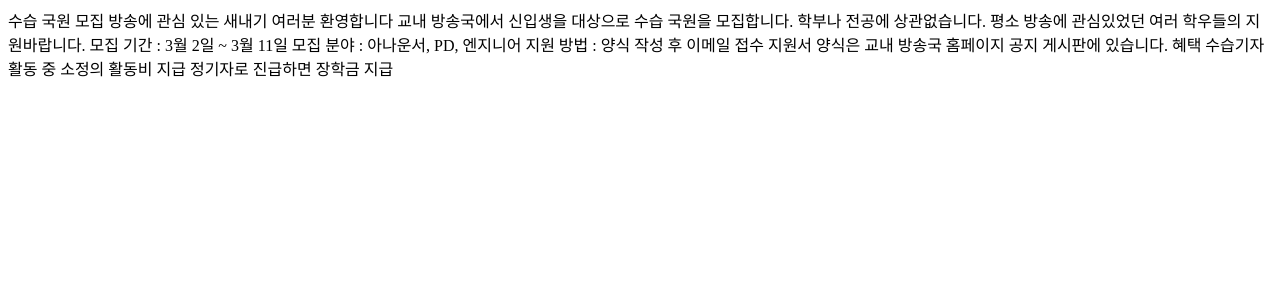
Repository: angelSuho/KCC_Learning_Repo
Page: Html/WebContent/mission.html
These files come from the project's save history. The page is drawn as it stood at one moment and after the next save; the edit follows.
The browser window is 1280 px wide. The pictures show the whole page.

Above is the page before, as saved 2024-07-08 05:01:33.

### Html/WebContent/mission.html
<!DOCTYPE html>
<html>
<head>
<meta charset="UTF-8">
<title>Insert title here</title>
</head>
<body>


수습 국원 모집
방송에 관심 있는 새내기 여러분 환영합니다
교내 방송국에서 신입생을 대상으로 수습 국원을 모집합니다. 학부나 전공에 상관없습니다.
평소 방송에 관심있었던 여러 학우들의 지원바랍니다.

모집 기간 : 3월 2일 ~ 3월 11일
모집 분야 : 아나운서, PD, 엔지니어
지원 방법 : 양식 작성 후 이메일 접수
지원서 양식은 교내 방송국 홈페이지 공지 게시판에 있습니다.

혜택
수습기자 활동 중 소정의 활동비 지급
정기자로 진급하면 장학금 지급
</body>
</html>

After the next save:
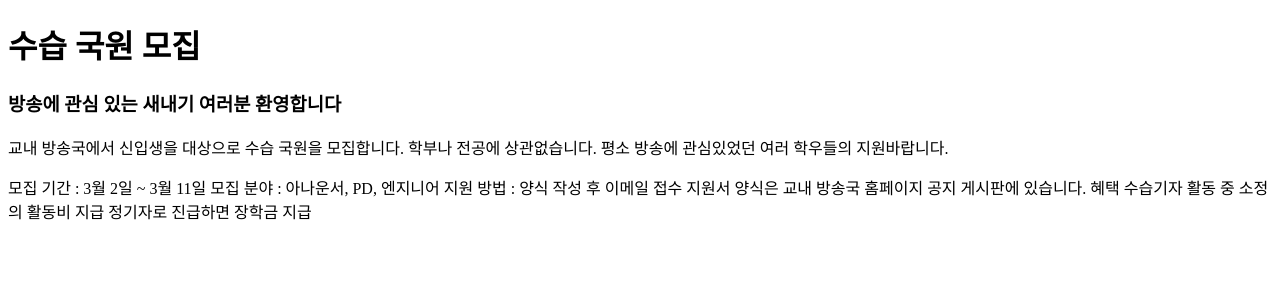
Saved 59 s later.
--- a/Html/WebContent/mission.html
+++ b/Html/WebContent/mission.html
@@ -5,12 +5,12 @@
 <title>Insert title here</title>
 </head>
 <body>
-
-
-수습 국원 모집
-방송에 관심 있는 새내기 여러분 환영합니다
+<h1>수습 국원 모집</h1>
+<h3>방송에 관심 있는 새내기 여러분 환영합니다</h3>
+<p>
 교내 방송국에서 신입생을 대상으로 수습 국원을 모집합니다. 학부나 전공에 상관없습니다.
 평소 방송에 관심있었던 여러 학우들의 지원바랍니다.
+</p>
 
 모집 기간 : 3월 2일 ~ 3월 11일
 모집 분야 : 아나운서, PD, 엔지니어
